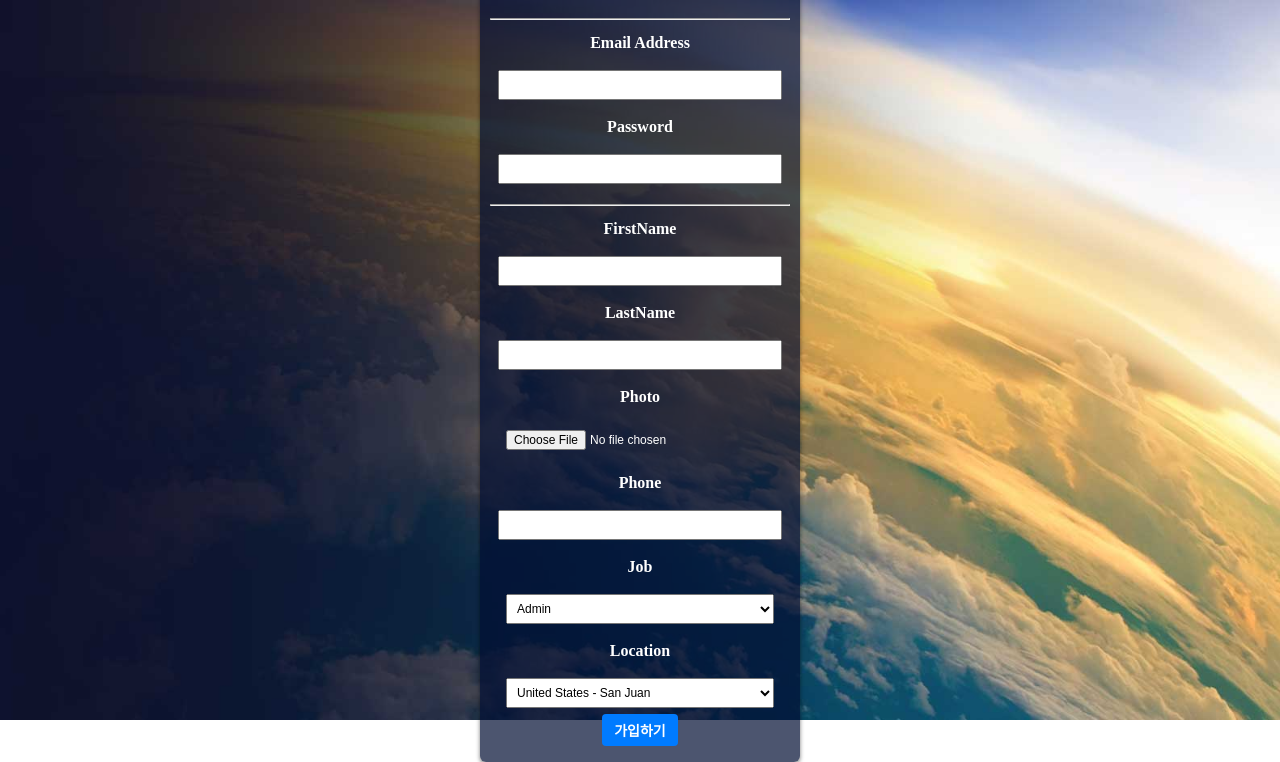
Repository: leeboseok/proposal-board
Page: http://localhost/ProposalSys/signup.jsp
An editor plug-in stored every save of this project. The page is shown before and after the next save, followed by the edit.
The browser window is 1280 px wide. The pictures show the whole page.
The page is served by Tomcat 9. Other server files are loaded and not shown.

Above is the page before, as saved 2024-08-09 04:42:09.

### ProposalSys/src/main/webapp/signup.jsp
<%@ page language="java" contentType="text/html; charset=utf-8"
    pageEncoding="utf-8"%>

<!DOCTYPE html>
<html>
	<head>
		<meta charset="utf-8">
		<title>Create Account</title>
		<link rel="stylesheet" href="css/signup.css">
	</head>
	<body>
		<div id="wrap">
			<h1>Create account</h1>
			<hr>
			<form method="post" action="signupprogress.jsp" name="frm">
                <div>Email Address</div>
                <div>
                	<input type="email" name="email" required>
                </div>
                <div>Password</div>
                <div><input type="password" name="pw" required></div>
                <hr>
                <div>FirstName</div>
                <div><input type="text" name="fn" required></div>
                <div>LastName</div>
                <div><input type="text" name="ln" required></div>
                <div>Photo</div>
                <div><input type="file" name="photo" required></div>
                <div>Phone</div>
                <div><input type="text" name="phone" required></div>
                <div>Job</div>
                <div>
                    <select name="job">
                    	<option value="admin">Admin</option>
                        <option value="Engineering-Account Engineer">Engineering-Account Engineer</option>
                        <option value="Engineering-Engineering">Engineering-Engineering</option>
                        <option value="Engineering-Enterprise Service Delivery">Engineering-Enterprise Service Delivery</option>
                        <option value="Engineering-Field Engineer">Engineering-Field Engineer</option>
                        <option value="Engineering-Other">Engineering-Other</option>
                        <option value="Engineering-Quality Engineering/Audition">Engineering-Quality Engineering/Audition</option>
                        <option value="Engineering-Testing & Certification">Engineering-Testing and Certification</option>
                        <option value="Executive">Executive</option>
                    </select>
                </div>
                <div>Location</div>
                <div>
                	<select name="location">
                        <option value="United States - San Juan">United States - San Juan</option>
                        <option value="United States - California-Walnut Creek">United States - California-Walnut Creek</option>
                        <option value="United States - California-Woodlang Hills">United States - California-Woodlang Hills</option>
                        <option value="United States - Colorado-Denver">United States - Colorado-Denver</option>
                        <option value="United States - Connecticut-Burlington">United States - Connecticut-Burlington</option>
                        <option value="United States - Connecticut-Coventry">United States - Connecticut-Coventry</option>
                        <option value="United States - Connecticut-Newington">United States - Connecticut-Newington</option>
                        <option value="United States - Connecticut-Norwalk">United States - Connecticut-Norwalk</option>
                        <option value="United States - Georgia-Alpharetta">United States - Georgia-Alpharetta</option>
                        <option value="United States - Georgia-Rome">United States - Georgia-Rome</option>
                        <option value="United States - Illinois-Park Ridge">United States - Illinois-Park Ridge</option>
                        <option value="United States - Illinois-Peoria">United States - Illinois-Peoria</option>
                        <option value="United States - Indiana-Indianapolis">United States - Indiana-Indianapolis</option>
                        <option value="United States - Indiana-Merrillville">United States - Indiana-Merrillville</option>
                        <option value="United States - Indiana-South Bend">United States - Indiana-South Bend</option>
                        <option value="United States - lowa-Cedar Rapids">United States - lowa-Cedar Rapids</option>
                        <option value="United States - lowa-Davenport">United States - lowa-Davenport</option>
                        <option value="United States - lowa-Des Moines">United States - lowa-Des Moines</option>
                        <option value="United States - lowa-Sioux City">United States - lowa-Sioux City</option>
                        <option value="United states - Kansas-Topeka">United states - Kansas-Topeka</option>
                        <option value="United States - Kansas-Wichita">United States - Kansas-Wichita</option>
                        <option value="United States - Kentucky-Louisville">United States - Kentucky-Louisville</option>
                        <option value="United States - Maryland-Frederick">United States - Maryland-Frederick</option>
                        <option value="United States - Maryland-Gaithersburg">United States - Maryland-Gaithersburg</option>
                        <option value="United States - Massachusetts-Boston">United States - Massachusetts-Boston</option>
                        <option value="United States - Massachusetts-Norwood">United States - Massachusetts-Norwood</option>
                        <option value="United States - Massachusetts-Wakefield">United States - Massachusetts-Wakefield</option>
                        <option value="United States - Massachusetts-Waltham">United States - Massachusetts-Waltham</option>
                        <option value="United States - Michigan-Detroit">United States - Michigan-Detroit</option>
                        <option value="United States - Michigan-Grand Rapids">United States - Michigan-Grand Rapids</option>
                        <option value="United States - Michigan-Lansing">United States - Michigan-Lansing</option>
                        <option value="United States - Minnesota-Plymouth">United States - Minnesota-Plymouth</option>
                        <option value="United States - Missouri-Creve Coeur">United States - Missouri-Creve Coeur</option>
                        <option value="United States - Missouri-Kansas City">United States - Missouri-Kansas City</option>
                        <option value="United States - Missouri-St.Louis">United States - Missouri-St.Louis</option>
                        <option value="United States - Nebraska-Omaha">United States - Nebraska-Omaha</option>
                        <option value="United States - New Hampshire-Portsmouth">United States - New Hampshire-Portsmouth</option>
                        <option value="United States - New Jersey-Parsippany">United States - New Jersey-Parsippany</option>
                        <option value="United States - New York-Albany">United States - New York-Albany</option>
                        <option value="United States - New York-Rochester">United States - New York-Rochester</option>
                        <option value="United States - Ohio-Cincinnati">United States - Ohio-Cincinnati</option>
                        <option value="United States - Ohio-Cleveland">United States - Ohio-Cleveland</option>
                        <option value="United States - Ohio-North Olmsted">United States - Ohio-North Olmsted</option>
                        <option value="United States - Ohio-Toledo">United States - Ohio-Toledo</option>
                        <option value="United States - Oregon-Portland">United States - Oregon-Portland</option>
                        <option value="United States - Pennsylvania-Harrisburg">United States - Pennsylvania-Harrisburg</option>
                        <option value="United States - Pennsylvania-Malvern">United States - Pennsylvania-Malvern</option>
                        <option value="United States - Pennsylvania-York">United States - Pennsylvania-York</option>
                        <option value="United States - Rhode Island-Providence">United States - Rhode Island-Providence</option>
                        <option value="United States - Rhode Island-West Glocester">United States - Rhode Island-West Glocester</option>
                        <option value="United States - South Dakota-Sioux Falls">United States - South Dakota-Sioux Falls</option>
                        <option value="United States - Texas-Frisco">United States - Texas-Frisco</option>
                        <option value="United States - Houston">United States - Houston</option>
                        <option value="United States - Virginia-Reston">United States - Virginia-Reston</option>
                        <option value="United States - Virginia-Roanoke">United States - Virginia-Roanoke</option>
                        <option value="United States - Washington-Bellevue">United States - Washington-Bellevue</option>
                        <option value="United States - Wisconsin-Green Bay">United States - Wisconsin-Green Bay</option>
                        <option value="United States - Wisconsin-Madison">United States - Wisconsin-Madison</option>
                        <option value="United States - Wisconsin-Milwaukee">United States - Wisconsin-Milwaukee</option>
                        <option value="Argentina">Argentina</option>
                        <option value="Australia-New South Wales-Sydney">Australia-New South Wales-Sydney</option>
                        <option value="Australia-Queensland-Brisbane">Australia-Queensland-Brisbane</option>
                        <option value="Australia-Victoria-Melbourne">Australia-Victoria-Melbourne</option>
                        <option value="Austria">Austria</option>
                        <option value="Belgium-Brussels">Belgium-Brussels</option>
                        <option value="Belgium-Debroux">Belgium-Debroux</option>
                        <option value="Belgium-Brussels-Capital Region-Brussels">Belgium-Brussels-Capital Region-Brussels</option>
                        <option value="Brazil-Sao Paulo-Sao Paulo">Brazil-Sao Paulo-Sao Paulo</option>
                        <option value="Brazil-Sao Paulo-Vila Olimpia">Brazil-Sao Paulo-Vila Olimpia</option>
                        <option value="Canada-Alberta">Canada-Alberta</option>
                        <option value="Canada-British Columbia-Vancouver">Canada-British Columbia-Vancouver</option>
                        <option value="Canada-Manitoba-Winnipeg">Canada-Manitoba-Winnipeg</option>
                        <option value="Canada-Nova Scotia-Halifax">Canada-Nova Scotia-Halifax</option>
                        <option value="Canada-Ontario-Thornhill">Canada-Ontario-Thornhill</option>
                        <option value="Canada-Ontario-Vaughan">Canada-Ontario-Vaughan</option>
                        <option value="Canada-Quebec-Montreal">Canada-Quebec-Montreal</option>
                        <option value="Chile">Chile</option>
                        <option value="Chile-Region Metropolitana de Santiago">Chile-Region Metropolitana de Santiago</option>
                        <option value="China-Beijing">China-Beijing</option>
                        <option value="China-Shanghai">China-Shanghai</option>
                        <option Value="Colombia-Bogota">Colombia-Bogota</option>
                        <option value="Colombia">Colombia</option>
                        <option value="Czech Republic">Czech Republic</option>
                        <option value="Denmark">Denmark</option>
                        <option value="Egypt">Egypt</option>
                        <option value="Finland">Finland</option>
                        <option value="France-Metz-Tessy">France-Metz-Tessy</option>
                        <option value="France-Paris La Defense Cedex">France-Paris La Defense Cedex</option>
                        <option value="France-Paris">France-Paris</option>
                        <option value="France-Haute-Savoie-Mety-Tessy">France-Haute-Savoie-Mety-Tessy</option>
                        <option value="Germany-Frankfurt">Germany-Frankfurt</option>
                        <option value="Hong Kong-Mongkok">Hong Kong-Mongkok</option>
                        <option value="Hungary">Hungary</option>
                        <option value="India-Karnataka-Bangalulu">India-Karnataka-Bangalulu</option>
                        <option value="Ireland">Ireland</option>
                        <option value="Ireland-Dublin">Ireland-Dublin</option>
                        <option value="Italy-Milano">Italy-Milano</option>
                        <option value="Japan-Kanagawa-Yokohama">Japan-Kanagawa-Yokohama</option>
                        <option value="South Korea-Seoul">South Korea-Seoul</option>
                        <option value="Luxembourg">Luxembourg</option>
                        <option value="Malaysia-Kuala Kumpur">Malaysia-Kuala Kumpur</option>
                        <option value="Mexico-Nuevo Leon-Monterrey">Mexico-Nuevo Leon-Monterrey</option>
                        <option value="Mexico-Nuevo Leon-San Pedro">Mexico-Nuevo Leon-San Pedro</option>
                        <option value="Mexico-Nuevo Leon-San Pedro Garza Garcia">Mexico-Nuevo Leon-San Pedro Garza Garcia</option>
                        <option value="Netherlands-Amsterdam">Netherlands-Amsterdam</option>
                        <option value="New Zealand">New Zealand</option>
                        <option value="Philippines-Quezon City,Metro Manilla">Philippines-Quezon City,Metro Manilla</option>
                        <option value="Poland">Poland</option>
                        <option value="Portugal">Portugal</option>
                        <option value="Romania">Romania</option>
                        <option value="Russia-Moscow">Russia-Moscow</option>
                        <option value="Singapore">Singapore</option>
                        <option value="Slovakia">Slovakia</option>
                        <option value="South Africa-Johannesburg">South Africa-Johannesburg</option>
                        <option value="Spain-Madrid">Spain-Madrid</option>
                        <option value="Sweden-Stockholm">Sweden-Stockholm</option>
                        <option value="Switzerland-Bern">Switzerland-Bern</option>
                        <option value="Switzerland">Switzerland</option>
                        <option value="Thailand">Thailand</option>
                        <option value="Turkey-Atasehir">Turkey-Atasehir</option>
                        <option value="United Arab Emirates-Abu Dhabi">United Arab Emirates-Abu Dhabi</option>
                        <option value="United Kingdom-London">United Kingdom-London</option>
                        <option value="United Kingdom-Maidenhead">United Kingdom-Maidenhead</option>
                        <option value="United Kingdom-Manchester">United Kingdom-Manchester</option>
                        <option value="United Kingdom-Windsor and maidenhead-Windsor">United Kingdom-Windsor and maidenhead-Windsor</option>
                        <option value="Vietnam">Vietnam</option>
                    </select>
					<input type="submit" value="가입하기">
                </div>
             </form>
        </div>
	</body>
</html>

### ProposalSys/src/main/webapp/css/signup.css
@charset "UTF-8";
html, body {
    height: 100%;
    margin: 0;
}

/* html의 배경 스타일링 */
html {
    background-image: url('../images/hero-earth.jpg');
    background-size: cover;
    background-position: center;
    background-repeat: no-repeat;
}

/* body의 콘텐츠 중앙 배치 및 스타일 설정 */
body {
    display: flex;
    justify-content: center;
    align-items: center;
}

/* 컨테이너 스타일링 */
#wrap {
    width: 300px; /* 너비 더 줄임 */
    padding: 10px; /* 패딩 줄임 */
    background-color: rgba(0, 14, 51, 0.7);
    border-radius: 6px; /* 테두리 반경 줄임 */
    box-shadow: 0 2px 4px rgba(0, 0, 0, 0.5); /* 그림자 줄임 */
}

/* 폼 요소 일반 스타일링 */
form > div {
    text-align: center;
    padding: 6px; /* 패딩 줄임 */
    font-size: 16px; /* 글꼴 크기 줄임 */
    font-weight: 600;
    color: white;
}

/* 폼 요소의 hover 효과 */
form > div:hover {
    color: gray;
}

/* 제목 스타일링 */
h1 {
    text-align: center;
    color: white;
    font-size: 20px; /* 제목의 글꼴 크기 줄임 */
}

/* 입력 필드 및 select 요소 스타일링 */
input[type="email"],
input[type="password"],
input[type="text"],
input[type="file"],
select {
    width: calc(100% - 20px); /* 너비 줄임 */
    padding: 6px; /* 패딩 줄임 */
    margin: 6px 0; /* 마진 줄임 */
    font-size: 12px; /* 글꼴 크기 줄임 */
}

/* 제출 버튼 스타일링 */
input[type="submit"] {
    padding: 6px 12px; /* 패딩 줄임 */
    font-size: 14px; /* 글꼴 크기 줄임 */
    font-weight: 600;
    background-color: #007BFF;
    color: white;
    border: none;
    border-radius: 4px; /* 테두리 반경 유지 */
    cursor: pointer;
}

/* 제출 버튼의 hover 효과 */
input[type="submit"]:hover {
    background-color: #0056b3;
}

After the next save:
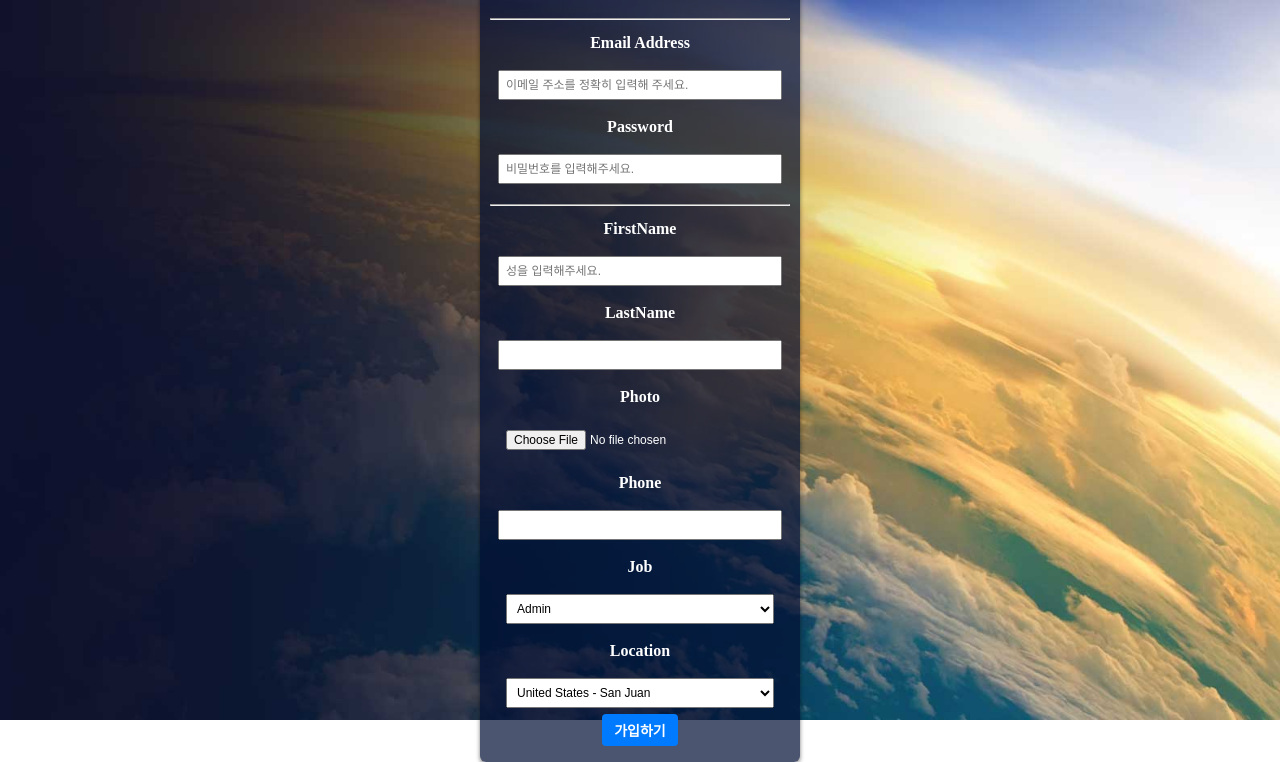
Saved 2 min 17 s later.
--- a/ProposalSys/src/main/webapp/signup.jsp
+++ b/ProposalSys/src/main/webapp/signup.jsp
@@ -15,13 +15,13 @@
 			<form method="post" action="signupprogress.jsp" name="frm">
                 <div>Email Address</div>
                 <div>
-                	<input type="email" name="email" required>
+                	<input type="email" name="email"  placeholder="이메일 주소를 정확히 입력해 주세요." required>
                 </div>
                 <div>Password</div>
-                <div><input type="password" name="pw" required></div>
+                <div><input type="password" name="pw" placeholder="비밀번호를 입력해주세요." required></div>
                 <hr>
                 <div>FirstName</div>
-                <div><input type="text" name="fn" required></div>
+                <div><input type="text" name="fn" placeholder="성을 입력해주세요." required></div>
                 <div>LastName</div>
                 <div><input type="text" name="ln" required></div>
                 <div>Photo</div>
